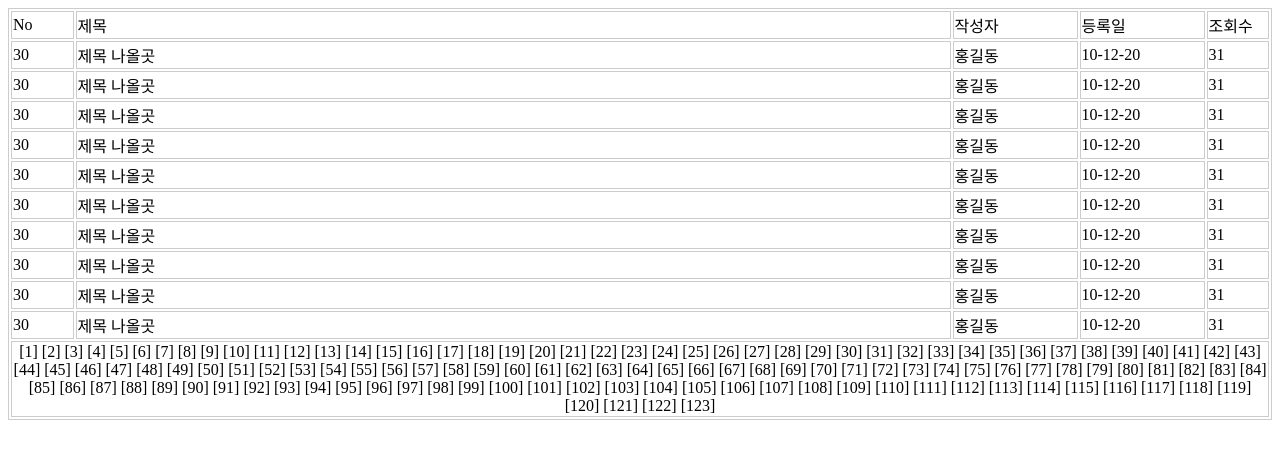
Repository: gudbrwkd98/JavaEE-JSP
Page: http://localhost/BoardApp/news/list.jsp
These files come from the project's save history. The page is drawn as it stood at one moment and after the next save; the edit follows.
The browser window is 1280 px wide. The pictures show the whole page.
The page is served by Tomcat 9.

Above is the page before, as saved 2020-12-09 01:25:14.

After the next save:
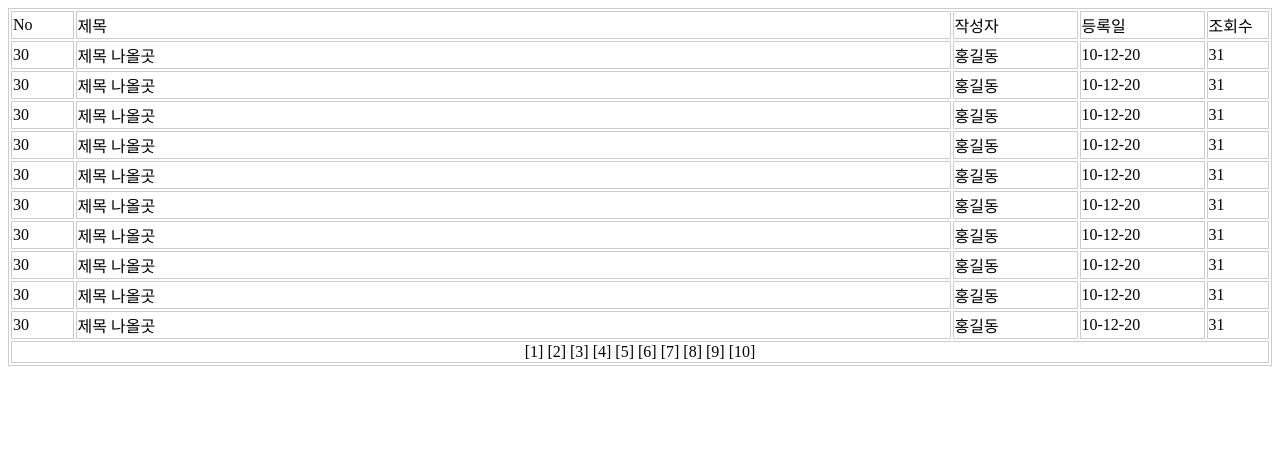
Saved 6 s later.
--- a/BoardApp/WebContent/news/list.jsp
+++ b/BoardApp/WebContent/news/list.jsp
@@ -45,7 +45,7 @@ td{
 		<%} %>
 		<tr>
 			<td colspan="5" align="center">
-				<%for(int i = 1 ; i<=totalPage;i++){%>
+				<%for(int i = 1 ; i<=blockSize;i++){%>
 					[<%=i %>]
 				<%} %>
 			</td>
